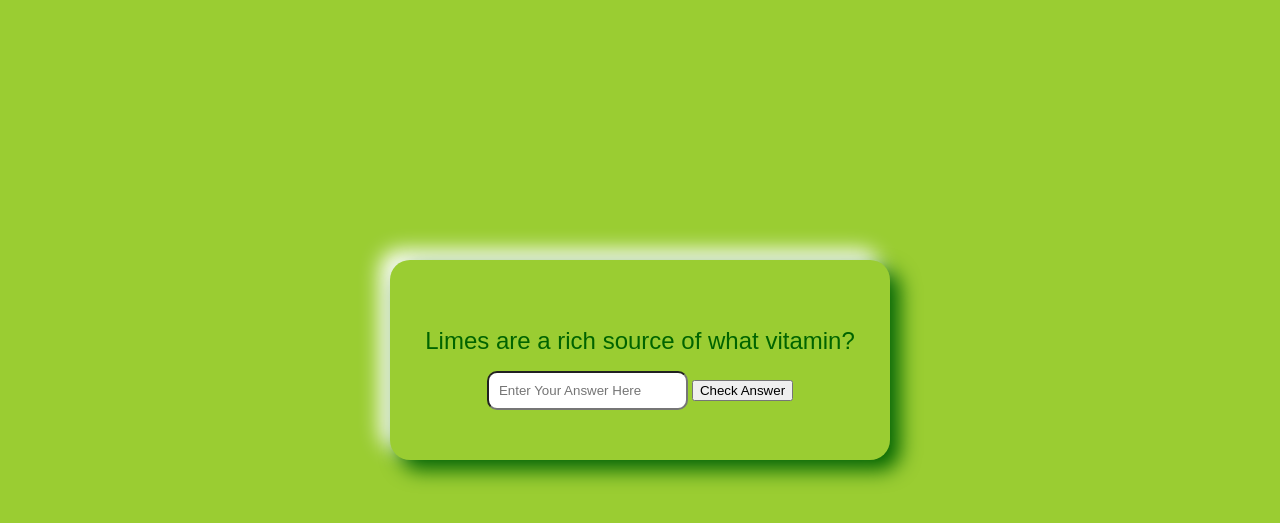
Repository: Joseph061200/Dynamic_Lab2
Page: joseph.html
An editor plug-in stored every save of this project. The page is shown before and after the next save, followed by the edit.
The browser window is 1280 px wide. The pictures show the whole page.

Above is the page before, as saved 2020-02-20 14:35:06.

After the next save:
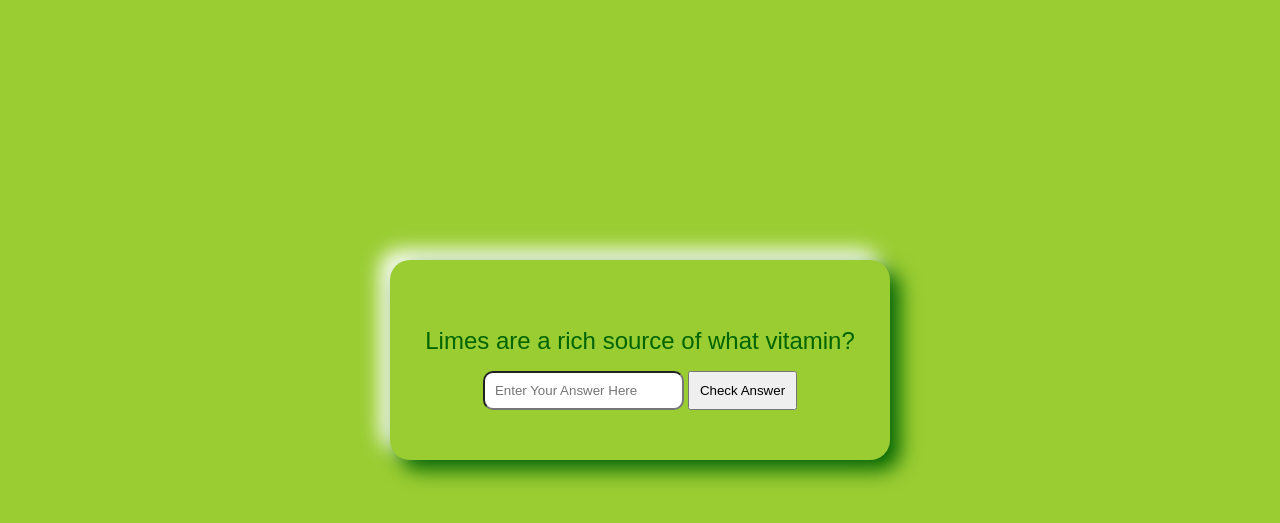
Saved 2 min 17 s later.
--- a/joseph.css
+++ b/joseph.css
@@ -32,3 +32,6 @@ input{
     padding: 10px;
     border-radius: 10px;
 }
+button{
+    padding: 10px;
+}
